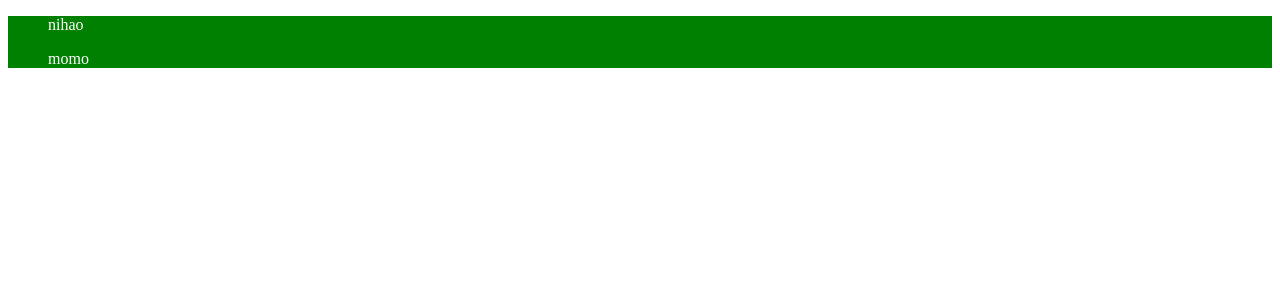
Repository: fuzhiquan/react-study
Page: /
An editor plug-in stored every save of this project. The page is shown before and after the next save, followed by the edit.
The browser window is 1280 px wide. The pictures show the whole page.
The project was rebuilt for these pictures with package versions that can differ from the ones it lists, and the page was loaded fresh each time.

Above is the page before, as saved 2020-03-18 21:55:05.

### src/index.js
import React from 'react'
import ReactDOM from './react-dom'

//<ul className='con' style={{color: 'white', background: 'green'}}>nihao</ul>
const e = React.createElement("ul", {
    className: "con",
    style: {
      color: 'white',
      background: 'green'
    }
  }, "nihao", React.createElement("p", { onClick: "alert(0)" }, "momo"))

console.log(e)

ReactDOM.render(e, document.getElementById('root'))

### src/react-dom/index.js
function render(element, container, callback) {
    if(typeof element === 'string' || typeof element === 'number') {
        return container.appendChild(document.createTextNode(element))
    }

    let {type, props} = element
    if(type.isReactComponent) {// 类
        const instance = new type(props)
        const elementFromClass = instance.render()
        type = elementFromClass.type
        props = elementFromClass.props
    }else if(typeof type === 'function') {// function
        const elementFromFun = type(props)
        type = elementFromFun.type
        props = elementFromFun.props
    }

    const doc = document.createElement(type)
    for(let propName in props) {
        const prop = props[propName]
        if(propName === 'className') {
            doc.className = prop
        }else if(propName === 'style') {
            const styleObj = prop
            for(let attr in styleObj) {
                doc.style[attr] = styleObj[attr]
            }
        }else if(/^on[A-Z]{1}[a-zA-Z]+/.test(propName)) {
            doc[propName.toLowerCase()] = prop
        }else if(propName === 'children') {
            const elementChildren = Array.isArray(prop) ? prop : [prop]
            elementChildren.forEach(ele => render(ele, doc))
        }
    }

    container.appendChild(doc)
}

export default {
    render
}

Loaded but not shown: public/index.html (common file)

After the next save:
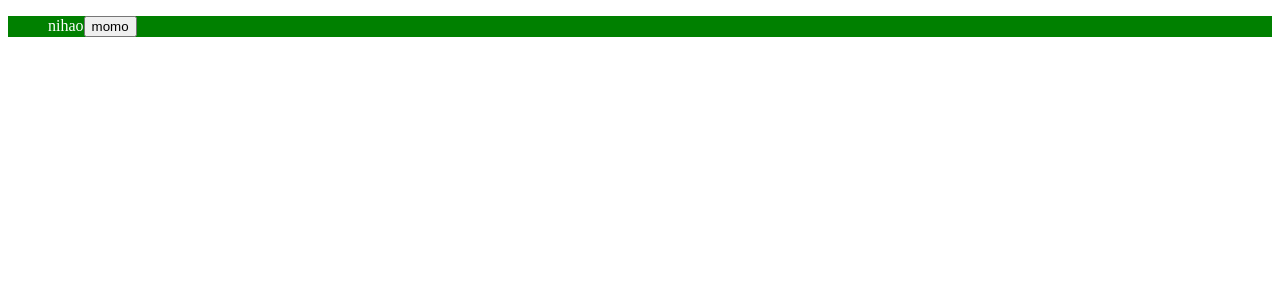
Saved 11 s later.
--- a/src/index.js
+++ b/src/index.js
@@ -8,7 +8,7 @@ const e = React.createElement("ul", {
       color: 'white',
       background: 'green'
     }
-  }, "nihao", React.createElement("p", { onClick: "alert(0)" }, "momo"))
+  }, "nihao", React.createElement("button", { onClick: "alert(0)" }, "momo"))
 
 console.log(e)
 
